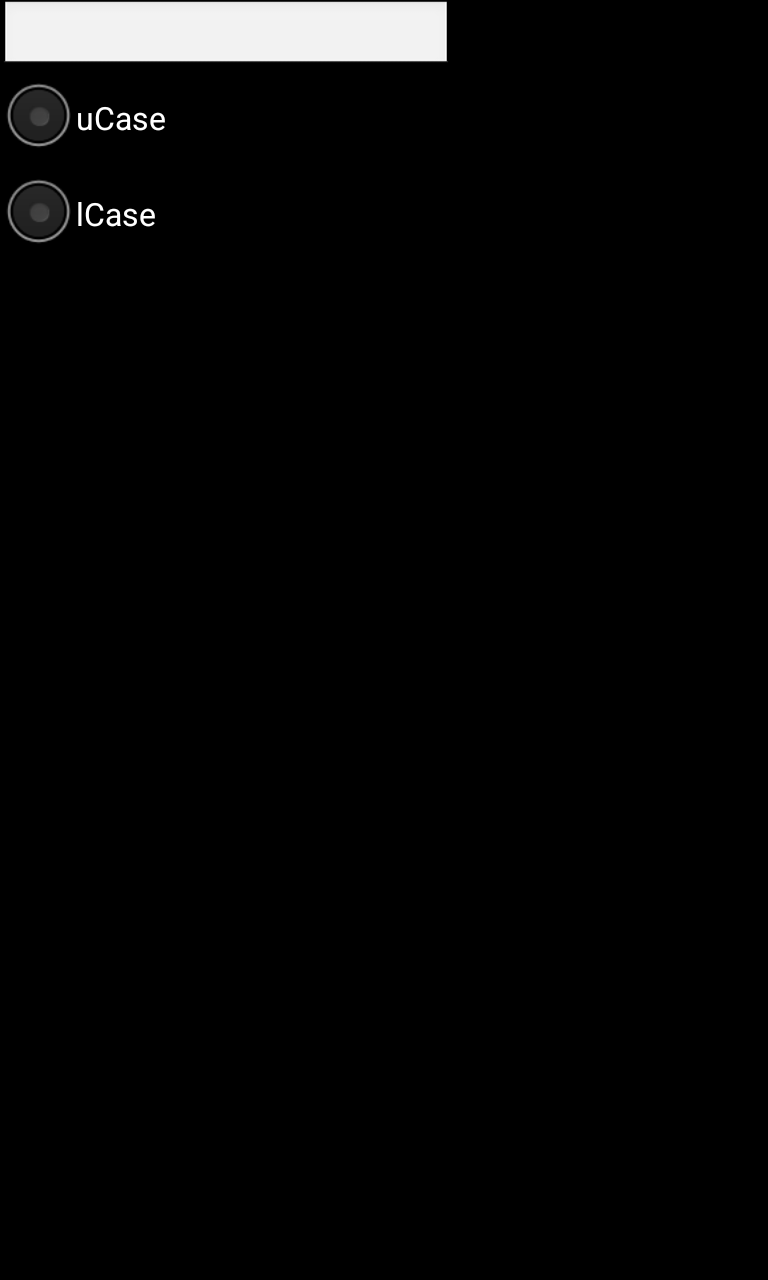
Repository: 12030121047/eventhandling
Layout: Event/res/layout/activity_event.xml
The author's editor kept a copy of each file at every save. The layout is drawn from the files as they stood at one save, then again after the next save.
It is drawn on a 768 x 1280 px phone screen (xhdpi) without system bars, with theme android:Theme; the app's code is not run.

Above is the layout before, as saved 2014-12-23 04:07:49.

After the next save:
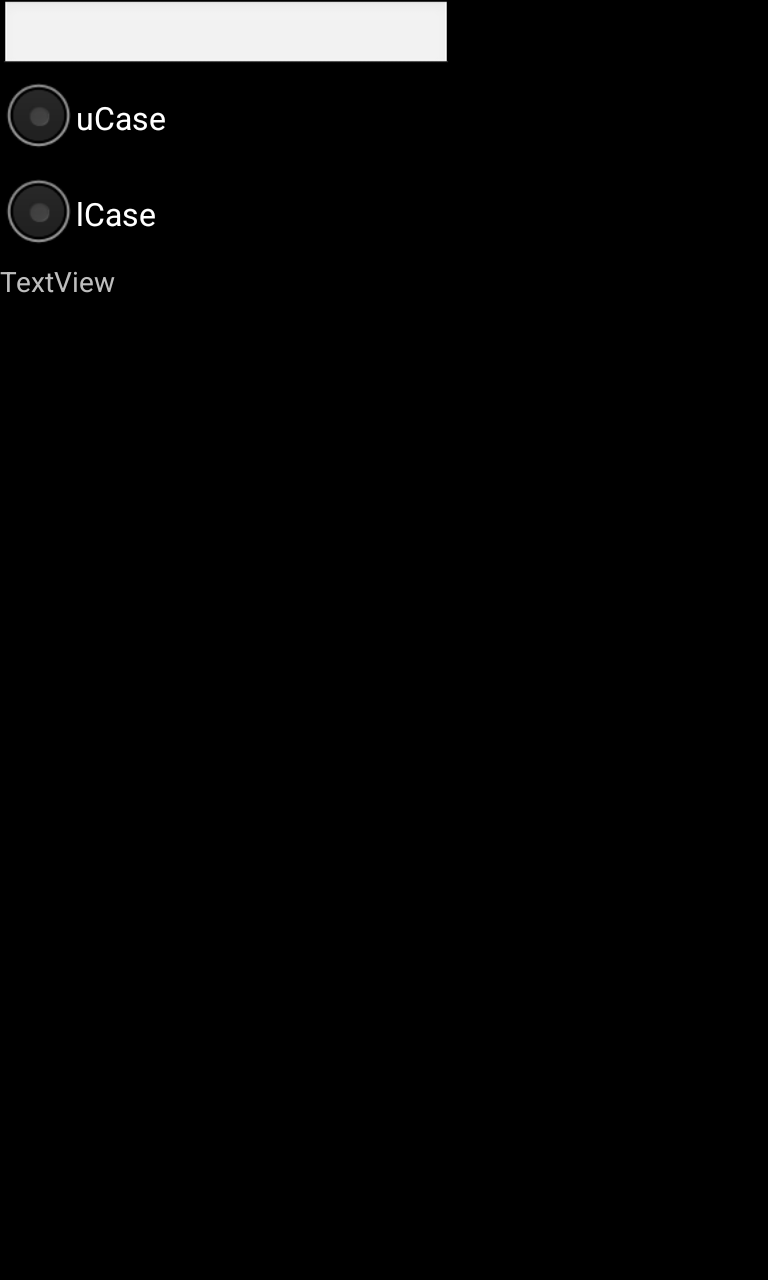
Saved 46 s later.
--- a/Event/res/layout/activity_event.xml
+++ b/Event/res/layout/activity_event.xml
@@ -8,26 +8,31 @@
     <EditText
         android:id="@+id/editString"
         android:layout_width="226dp"
-        android:layout_height="35dp"
-        />
+        android:layout_height="35dp" />
 
-    <RadioGroup android:id="@+id/rgcase"
+    <RadioGroup
+        android:id="@+id/rgcase"
         android:layout_width="wrap_content"
-        android:layout_height="wrap_content">
+        android:layout_height="wrap_content" >
 
+        <RadioButton
+            android:id="@+id/uCase"
+            android:layout_width="wrap_content"
+            android:layout_height="wrap_content"
+            android:text="uCase" />
 
-    <RadioButton
-        android:id="@+id/uCase"
-        android:layout_width="wrap_content"
-        android:layout_height="wrap_content"
-        android:text="uCase" />
-
-    <RadioButton
-        android:id="@+id/lCase"
-        android:layout_width="wrap_content"
-        android:layout_height="wrap_content"
-        android:text="lCase" />
-
+        <RadioButton
+            android:id="@+id/lCase"
+            android:layout_width="wrap_content"
+            android:layout_height="wrap_content"
+            android:text="lCase" />
     </RadioGroup>
 
+    <TextView
+        android:id="@+id/textView1"
+        android:layout_width="88dp"
+        android:layout_height="wrap_content"
+        android:layout_weight="0.06"
+        android:text="TextView" />
+
 </LinearLayout>

After the 2 saves that followed:
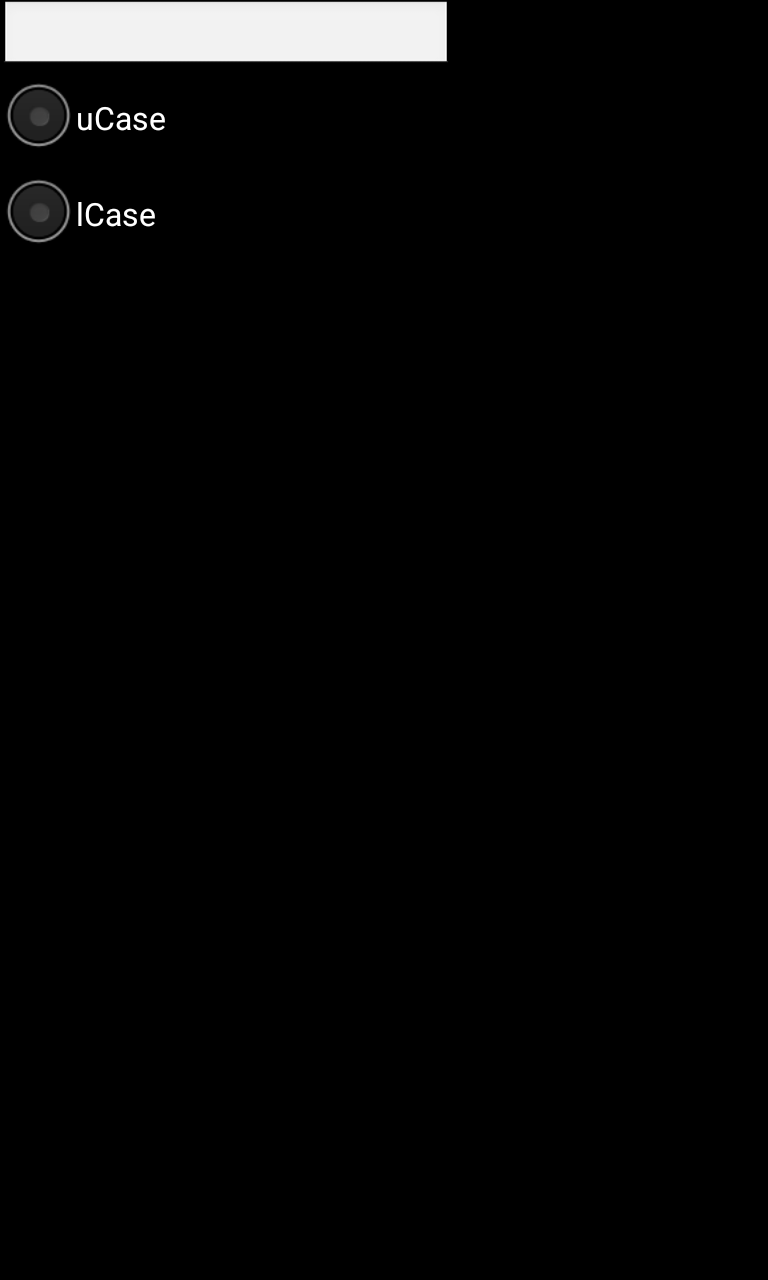
The 2 saves are shown as one change because 1 left the picture as it was.
The last was saved 42 s later.
--- a/Event/res/layout/activity_event.xml
+++ b/Event/res/layout/activity_event.xml
@@ -29,10 +29,10 @@
     </RadioGroup>
 
     <TextView
-        android:id="@+id/textView1"
+        android:id="@+id/textString"
         android:layout_width="88dp"
         android:layout_height="wrap_content"
         android:layout_weight="0.06"
-        android:text="TextView" />
+        />
 
 </LinearLayout>
